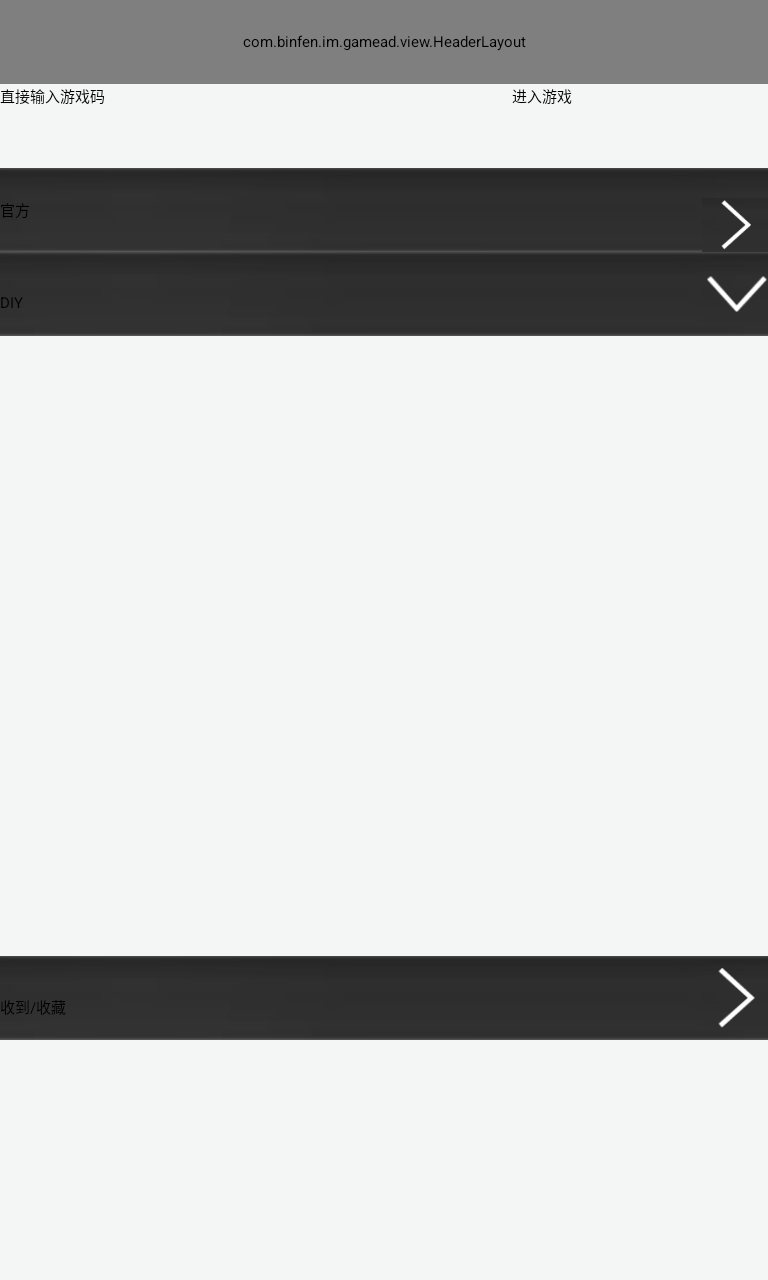
Repository: hosle/gad2
Layout: gamead_IM2/res/layout/xxh_gamelayout2.xml
The author's editor kept a copy of each file at every save. The layout is drawn from the files as they stood at one save, then again after the next save.
Pictures or frames that could not be fetched are drawn as grey boxes. It is drawn on a 768 x 1280 px phone screen (xhdpi) without system bars, with theme AppTheme; the app's code is not run. Lists and similar views that code fills are empty. The app's manifest (not shown) leaves right-to-left support off. So textAlignment, textDirection and layoutDirection are ignored, and left and right values win over start and end ones.

Above is the layout before, as saved 2015-06-26 07:12:57.

After the next save:
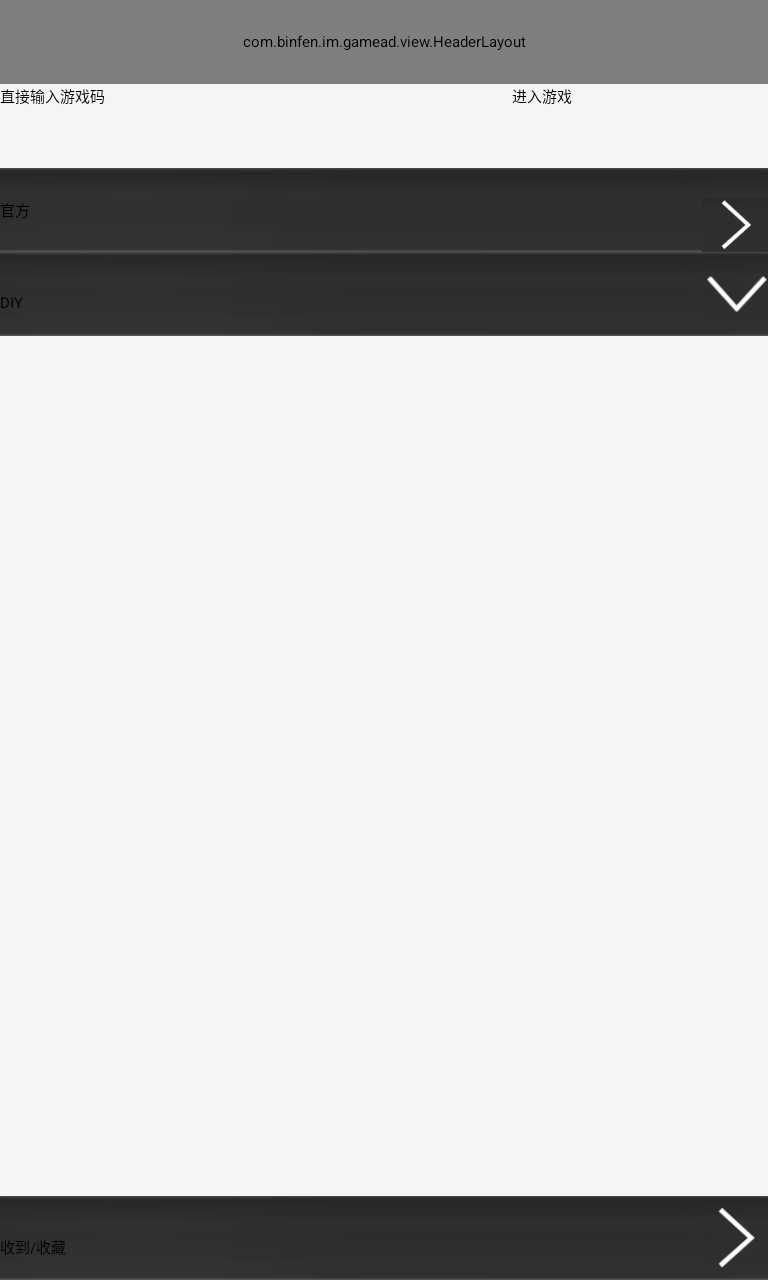
Saved 24 s later.
--- a/gamead_IM2/res/layout/xxh_gamelayout2.xml
+++ b/gamead_IM2/res/layout/xxh_gamelayout2.xml
@@ -124,7 +124,7 @@
     <LinearLayout
         android:layout_width="match_parent"
         android:layout_height="wrap_content"
-        android:layout_below="@+id/bar3"
+
         android:layout_alignParentBottom="true"
         android:orientation="vertical" >
          <ListView
